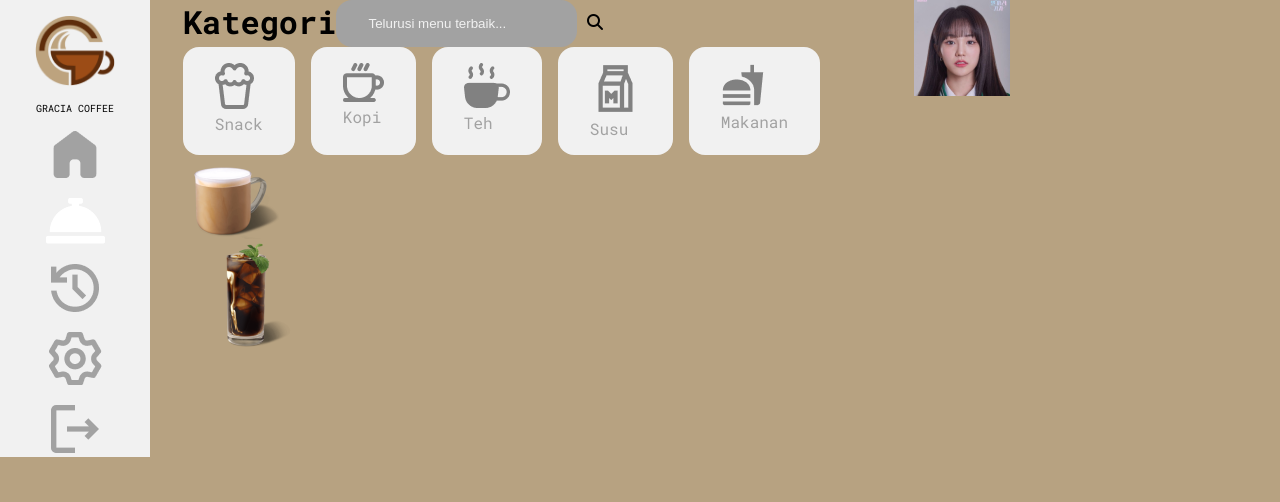
Repository: DanielChuaaa/sbd2
Page: index.html
These files come from the project's save history. The page is drawn as it stood at one moment and after the next save; the edit follows.
The browser window is 1280 px wide. The pictures show the whole page.
Some web libraries are served in a nearby version.

Above is the page before, as saved 2023-10-20 11:13:24.

After the next save:
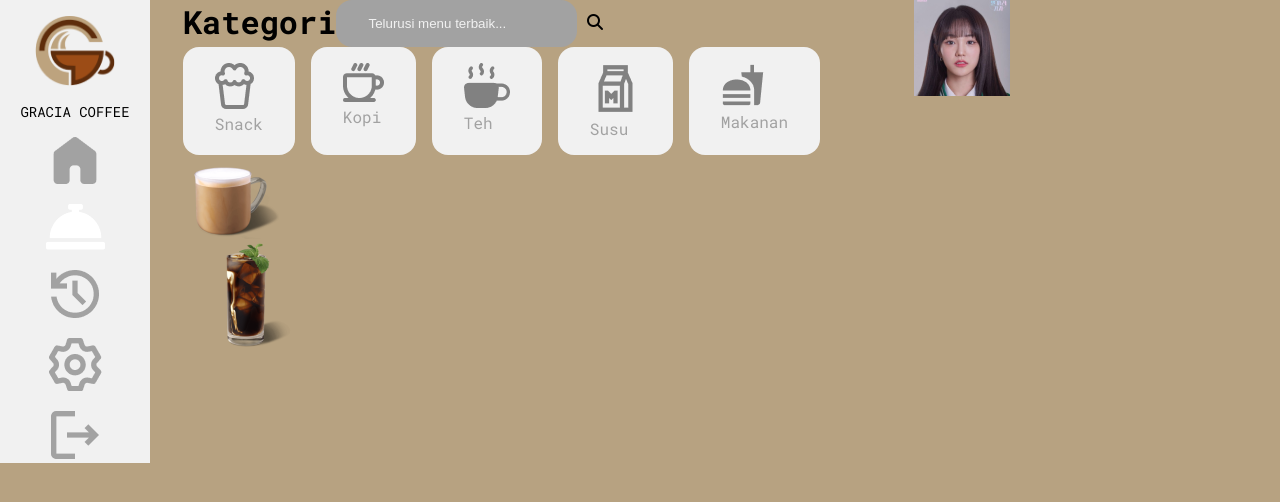
Saved 7 s later.
--- a/style.css
+++ b/style.css
@@ -42,7 +42,7 @@ body{
 }
 
 .iconParent p{
-    font-size: 10px;
+    font-size: 14px;
 }
 
 .icon{
